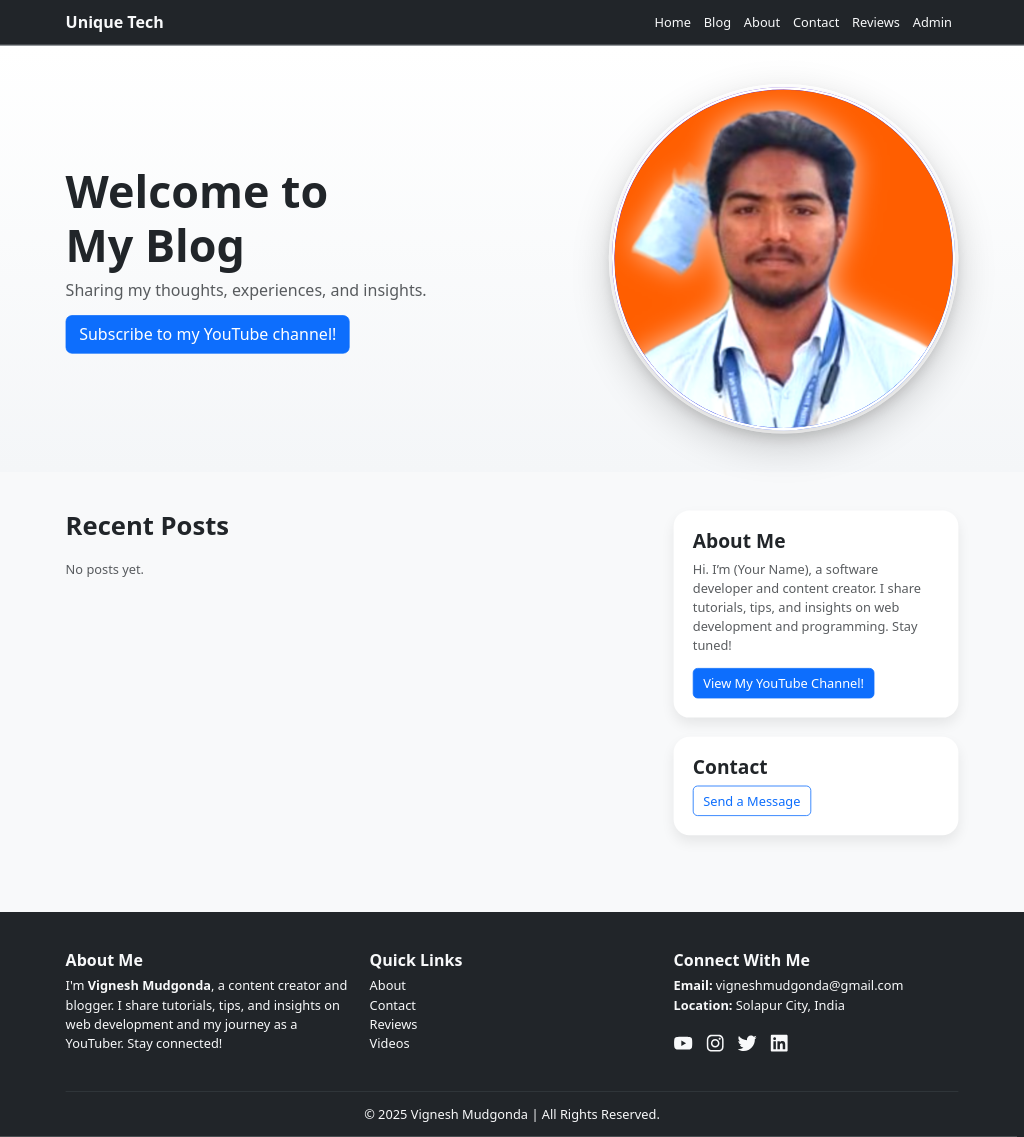
Repository: vigneshmudgonda/Blog2
Page: / (app in blog-frontend-full/)
The author's editor kept a copy of each file at every save. The page is drawn from the files as they stood at one save, then again after the next save.
The browser window is 1280 px wide. The pictures show the whole page, at 80% of full size.
The page's requests for data from a server got no answer. The project was rebuilt for these pictures with package versions that can differ from the ones it lists, and the page was loaded fresh each time. No one was signed in, and anything a server would have sent is missing. Also part of the build but not shown: blog-frontend-full/src/pages/BlogList.js, blog-frontend-full/src/pages/BlogDetail.js, blog-frontend-full/src/pages/Reviews.js, blog-frontend-full/src/pages/Contact.js, blog-frontend-full/src/pages/About.js, blog-frontend-full/src/pages/AdminLogin.js, blog-frontend-full/src/pages/AdminDashboard.js, blog-frontend-full/src/pages/YoutubeVideos.js and 2 more.

Above is the page before, as saved 2025-08-22 19:50:53.

### blog-frontend-full/public/index.html
<!DOCTYPE html>
<html lang="en">
  <head>
    <meta charset="utf-8" />
    <meta name="viewport" content="width=device-width, initial-scale=1" />
    <title>My Blog</title>
    <meta name="description" content="Personal blog powered by React + Bootstrap" />
    <link rel="icon" href="%PUBLIC_URL%/favicon.ico" />
  </head>
  <body>
    <noscript>You need to enable JavaScript to run this app.</noscript>
    <div id="root"></div>
  </body>
</html>

### blog-frontend-full/src/index.js
import React from 'react';
import { createRoot } from 'react-dom/client';
import { BrowserRouter } from 'react-router-dom';
import App from './App';
import 'bootstrap/dist/css/bootstrap.min.css';
import 'bootstrap/dist/js/bootstrap.bundle.min.js';
import './index.css';

const root = createRoot(document.getElementById('root'));
root.render(
  <BrowserRouter>
    <App/>
  </BrowserRouter>
);

### blog-frontend-full/src/App.js
import React from 'react';
import { Routes, Route } from 'react-router-dom';
import Navbar from './components/Navbar';
import Footer from './components/Footer';
import Home from './pages/Home';
import BlogList from './pages/BlogList';
import BlogDetail from './pages/BlogDetail';
import Reviews from './pages/Reviews';
import Contact from './pages/Contact';
import About from './pages/About';
import AdminLogin from './pages/AdminLogin';

import AdminDashboard from "./pages/AdminDashboard";
import YoutubeVideos from "./pages/YoutubeVideos";
import PrivateRoute from "./components/PrivateRoute";
import NotFound from "./pages/NotFound";

export default function App(){
  return (
    <div className="d-flex flex-column min-vh-100">
      <Navbar/>
      <main className="flex-grow-1">
        <Routes>
          <Route path="/" element={<Home/>} />
          <Route path="/blog" element={<BlogList/>} />
          <Route path="/blog/:id" element={<BlogDetail/>} />
          <Route path="/reviews" element={<Reviews/>} />
          <Route path="/contact" element={<Contact/>} />
          <Route path="/about" element={<About/>} />
          <Route path="/login" element={<AdminLogin/>} />

         <Route path="*" element={<NotFound />} />
          <Route path="/youtube" element={<YoutubeVideos />} />
             <Route
          path="/admin"
          element={
            <PrivateRoute>
              <AdminDashboard />
            </PrivateRoute>
          }
        />
        </Routes>
      </main>
      <Footer/>
    </div>
  );
}

### blog-frontend-full/src/index.css
:root{--radius:1.25rem}
body{background:#f8f9fa}
.shadow-soft{box-shadow:0 .5rem 1rem rgba(0,0,0,.08)}
.rounded-2xl{border-radius:var(--radius)}
.hero{background:linear-gradient(180deg,#ffffff 0%,#f4f6f8 100%)}
.post-card img{object-fit:cover;height:180px}
a{text-decoration:none}

### blog-frontend-full/src/components/Navbar.js
import React from 'react';
import { Link, NavLink } from 'react-router-dom';

export default function Navbar(){
  return (
    <nav className="navbar navbar-expand-lg bg-dark border-bottom sticky-top">
      <div className="container">
        <Link className="navbar-brand fw-bold text-light " to="/">Unique Tech</Link>
        <button className="navbar-toggler" type="button" data-bs-toggle="collapse" data-bs-target="#nav">
          <span className="navbar-toggler-icon"></span>
        </button>
        <div id="nav" className="collapse navbar-collapse ">
          <ul className="navbar-nav ms-auto">
            <li className="nav-item"><NavLink end className="nav-link text-light " to="/">Home</NavLink></li>
            <li className="nav-item"><NavLink className="nav-link text-light " to="/blog">Blog</NavLink></li>
            <li className="nav-item"><NavLink className="nav-link text-light " to="/about">About</NavLink></li>
            <li className="nav-item"><NavLink className="nav-link text-light " to="/contact">Contact</NavLink></li>
            <li className="nav-item"><NavLink className="nav-link text-light " to="/reviews">Reviews</NavLink></li>
            <li className="nav-item"><NavLink className="nav-link text-light " to="/login">Admin</NavLink></li>
          </ul>
        </div>
      </div>
    </nav>
  );
}

### blog-frontend-full/src/components/Footer.js
import React from "react";
import { Link } from "react-router-dom";
import {
  FaYoutube,
  FaInstagram,
  FaTwitter,
  FaLinkedin,
} from "react-icons/fa";

export default function Footer() {
  return (
    <footer className="bg-dark text-light pt-5 pb-3 mt-5">
      <div className="container">
        <div className="row">
          {/* About Me */}
          <div className="col-md-4 mb-3">
            <h5 className="fw-bold">About Me</h5>
            <p>
              I'm <strong>Vignesh Mudgonda</strong>, a content creator and
              blogger. I share tutorials, tips, and insights on web development
              and my journey as a YouTuber. Stay connected!
            </p>
          </div>

          {/* Quick Links */}
          <div className="col-md-4 mb-3">
            <h5 className="fw-bold">Quick Links</h5>
            <ul className="list-unstyled">



              <li><Link to="/about" className="text-light text-decoration-none">About</Link></li>
              <li><Link to="/contact" className="text-light text-decoration-none">Contact</Link></li>
              <li><Link to="/reviews" className="text-light text-decoration-none">Reviews</Link></li>
               <li><Link to="/youtube" className="text-light text-decoration-none">Videos</Link></li>

            </ul>
          </div>



          {/* Connect With Me */}
          <div className="col-md-4 mb-3">
            <h5 className="fw-bold">Connect With Me</h5>
            <p>
              <strong>Email:</strong>{" "}
              <a
                href="mailto:vigneshmudgonda@gmail.com"
                className="text-light text-decoration-none"
              >
                vigneshmudgonda@gmail.com
              </a>
              <br />
              <strong>Location:</strong> Solapur City, India
            </p>
            <div className="d-flex gap-3 fs-4">
              <a href="https://www.youtube.com/@UNIQUETECH03" className="text-light"><FaYoutube /></a>
              <a href="https://www.instagram.com/uniquetech17/" className="text-light"><FaInstagram /></a>
              <a href="https://twitter.com" className="text-light"><FaTwitter /></a>
              <a href="https://www.linkedin.com/in/vignesh-mudgonda-b1572423b/com" className="text-light"><FaLinkedin /></a>
            </div>
          </div>
        </div>

        <hr className="border-secondary" />
        <p className="text-center mb-0">
          © 2025 Vignesh Mudgonda | All Rights Reserved.
        </p>
      </div>
    </footer>
  );
}

### blog-frontend-full/src/pages/Home.js
// src/pages/Home.js
import React, { useEffect, useState } from 'react';
import { Link } from 'react-router-dom';
import api from '../services/api';

export default function Home(){
  const [posts, setPosts] = useState([]);

  useEffect(()=>{
    (async ()=>{
      try{
        const res = await api.get('/api/blogs', { params: { limit: 2, page: 1 } });
        setPosts(res.data.blogs || []);
      }catch(e){
        console.error(e);
      }
    })();
  },[]);

  // ✅ helper function to strip HTML tags
  const stripHtml = (html) => {
    return html.replace(/<[^>]+>/g, '');
  };

  return (
    <div>
      {/* Hero Section */}
      <section className="hero py-5">
        <div className="container">
          <div className="row align-items-center g-5">
            <div className="col-lg-7">
              <h1 className="display-4 fw-bold">Welcome to<br/>My Blog</h1>
              <p className="lead text-muted">Sharing my thoughts, experiences, and insights.</p>
              <a
                href={process.env.REACT_APP_YOUTUBE_URL || '#'}
                target="_blank"
                rel="noreferrer"
                className="btn btn-primary btn-lg"
              >
                Subscribe to my YouTube channel!
              </a>
            </div>
            <div className="col-lg-5">
              <div
                className="rounded-circle ratio ratio-1x1 d-flex align-items-center justify-content-center shadow-lg"
                style={{
                  background: "linear-gradient(135deg, #6a11cb, #2575fc)",
                  padding: "12px",
                  boxShadow: "0 8px 20px rgba(0,0,0,0.15), 0 4px 12px rgba(0,0,0,0.1)",
                  border: "4px solid #fff"
                }}
              >
                <img
                  alt="Profile"
                  className="rounded-circle w-100 h-100 object-fit-cover border border-3 border-white shadow"
                  src="picofme.png"
                />
              </div>
            </div>
          </div>
        </div>
      </section>

      {/* Recent Posts */}
      <section className="container my-5">
        <div className="row">
          <div className="col-lg-8">
            <h2 className="fw-bold mb-4">Recent Posts</h2>
            <div className="row g-4">
              {posts.map(p => (
                <div className="col-md-6" key={p._id}>
                  <div className="card rounded-2xl shadow-soft post-card h-100">
                    {p.image && (
                      <img src={p.image} className="card-img-top" alt={p.title}/>
                    )}
                    <div className="card-body">
                      <h5 className="card-title">{p.title}</h5>
                      <p className="text-muted small mb-2">
                        {new Date(p.createdAt || Date.now()).toDateString()}
                      </p>
                      {/* ✅ Strip HTML and then slice preview */}
                      <p className="card-text">
                        {stripHtml(p.content || '').slice(0, 100)}...
                      </p>
                      <Link
                        to={`/blog/${p._id}`}
                        className="btn btn-outline-primary btn-sm"
                      >
                        Read More
                      </Link>
                    </div>
                  </div>
                </div>
              ))}
              {!posts.length && <p className="text-muted">No posts yet.</p>}
            </div>
          </div>

          {/* Sidebar */}
          <div className="col-lg-4">
            <div className="mb-4 p-4 bg-white rounded-2xl shadow-soft">
              <h4 className="fw-bold">About Me</h4>
              <p className="text-muted">
                Hi. I’m (Your Name), a software developer and content creator.
                I share tutorials, tips, and insights on web development and programming. Stay tuned!
              </p>
              <a
                className="btn btn-primary"
                href={process.env.REACT_APP_YOUTUBE_URL || '#'}
                target="_blank"
                rel="noreferrer"
              >
                View My YouTube Channel!
              </a>
            </div>
            <div className="p-4 bg-white rounded-2xl shadow-soft">
              <h4 className="fw-bold">Contact</h4>
              <Link className="btn btn-outline-primary" to="/contact">Send a Message</Link>
            </div>
          </div>
        </div>
      </section>
    </div>
  );
}

### blog-frontend-full/src/services/api.js
import axios from 'axios';
const API_URL = process.env.REACT_APP_API_URL || 'http://localhost:5000';
const api = axios.create({ baseURL: API_URL });
export default api;

After the next save:
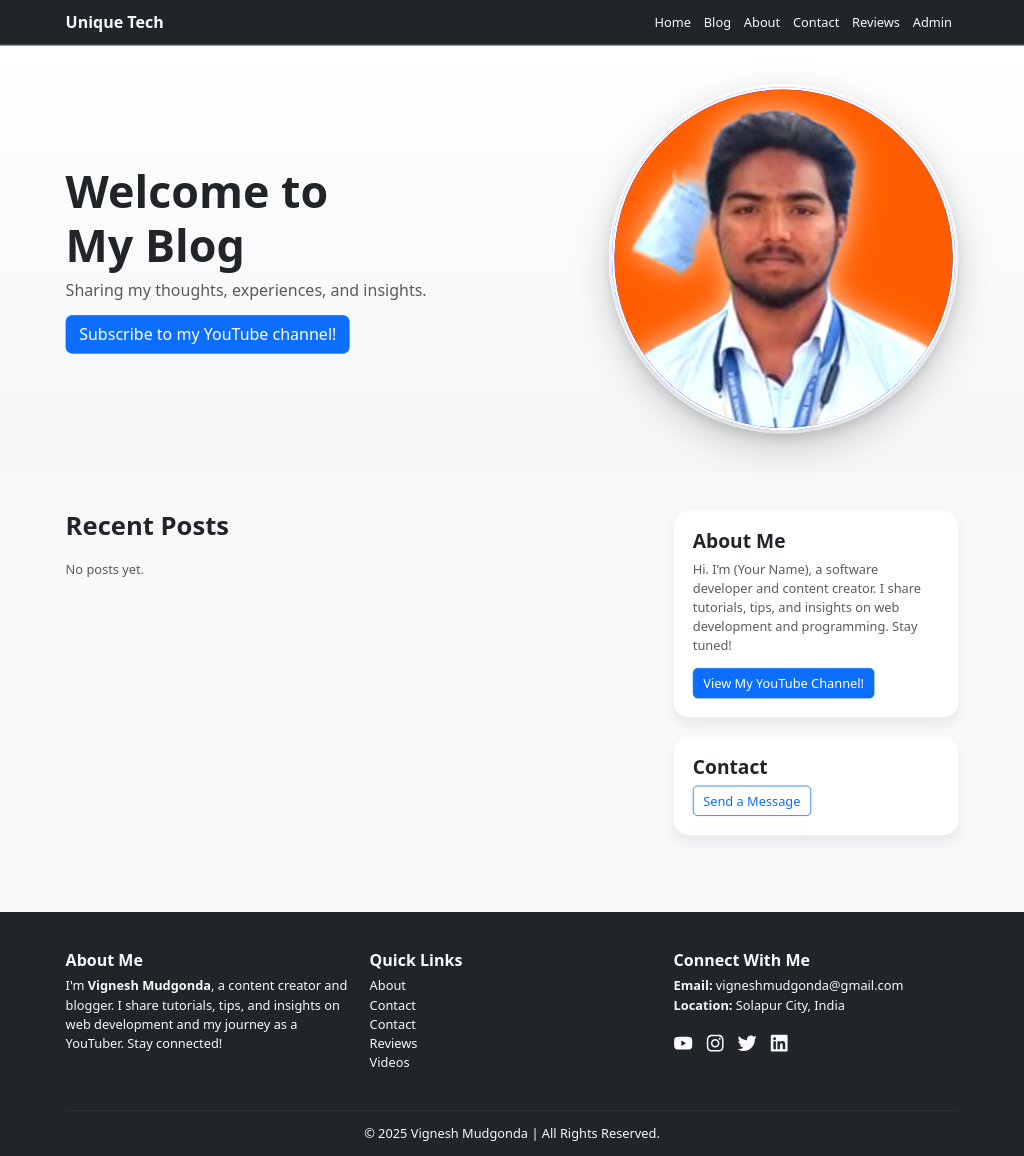
Saved 53 s later.
--- a/blog-frontend-full/src/components/Footer.js
+++ b/blog-frontend-full/src/components/Footer.js
@@ -30,6 +30,7 @@ export default function Footer() {
 
 
               <li><Link to="/about" className="text-light text-decoration-none">About</Link></li>
+              <li><Link to="/contact" className="text-light text-decoration-none">Contact</Link></li>
               <li><Link to="/contact" className="text-light text-decoration-none">Contact</Link></li>
               <li><Link to="/reviews" className="text-light text-decoration-none">Reviews</Link></li>
                <li><Link to="/youtube" className="text-light text-decoration-none">Videos</Link></li>
